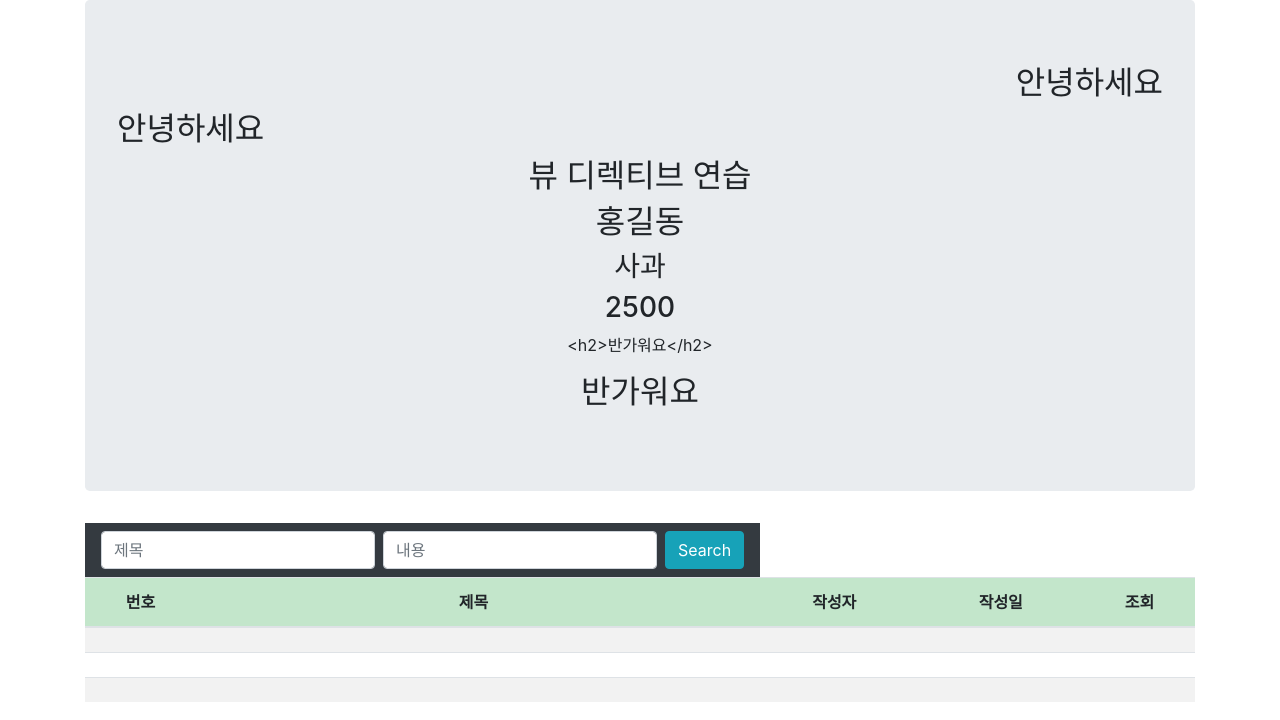
Repository: arongss/java
Page: springweb/src/main/webapp/a02_vue/a02_directive.html
An editor plug-in stored every save of this project. The page is shown before and after the next save, followed by the edit.
The browser window is 1280 px wide. The pictures show the whole page.

Above is the page before, as saved 2023-02-01 07:44:19.

### springweb/src/main/webapp/a02_vue/a02_directive.html
<!DOCTYPE html>
<html>
<head>
<meta charset="UTF-8">
<title>Insert title here</title>
<link rel="stylesheet" href="/springweb/a00_com/bootstrap.min.css" >
<style>
	td{text-align:center;}
</style>
<script src="https://cdn.jsdelivr.net/npm/vue/dist/vue.js"></script>
<script src="/springweb/a00_com/jquery.min.js"></script>
<script src="/springweb/a00_com/bootstrap.min.js"></script>
<script type="text/javascript">
/*
1. 단방향 디렉티브
	1) {{모델명}} : 모델데이터를 처리하는 기본 형식
		출력형식 태그에 바로 사용한다. ex) <h2>{{모델명}}</h2>
	2) v-text : 모델데이터를 태그의 속성으로 선언하여 출력할 데이터를
		처리하는 방식. html랜더린(해석)하지 않는다.
		ex) <h2 v-text="모델명"></h2>
		ex) 물건명, 가격을 모델데이터로 선언하고
			h3, h3에 v-text속성으로 출력되게 하세요
	3) v-html : 태그가 포함된 모델데이터를 html로 랜더링(해석)해서
		출력할 때, 속성으로 선언한다.
	4) v-bind : 모델데이터를 요소객체의 속성값으로 할당하여 처리할 때,
		활용하는 변수형식
			<요소객체 v-bind:속성="속성값">

		ex) <h2 v-bind:align="모델명">데이터</h2>

 */
	$(document).ready(function(){
		var vm = new Vue({
			el:".container",
			data:{msg:"뷰 디렉티브 연습", name:"홍길동",
				pname:"사과",price:2500,
				msg2:"<h2>반가워요</h2>",
				align01:"right",
				align02:"left"
				}
		})
	});
</script>
</head>
<body>
<!-- ex) 물건명, 가격을 모델데이터로 선언하고
		h3, h3에 v-text속성으로 출력되게 하세요 -->
<div class="container">
	<div class="jumbotron text-center">
		<h2 v-bind:align="align01">안녕하세요</h2>
		<h2 :align="align02">안녕하세요</h2>
	  <h2 >{{msg}}</h2>
	  <h2 v-text="name"></h2>
	  <h3 v-text="pname"></h3>
	  <h3 v-text="price"></h3>
	  <p v-text="msg2"></p>
	  <p v-html="msg2"></p>
	</div>
	<form id="frm01" class="form-inline"  method="post">
  	<nav class="navbar navbar-expand-sm bg-dark navbar-dark">
	    <input class="form-control mr-sm-2" placeholder="제목" />
	    <input class="form-control mr-sm-2" placeholder="내용" />
	    <button class="btn btn-info" type="submit">Search</button>
 	</nav>
	</form>
   <table class="table table-hover table-striped">
   	<col width="10%">
   	<col width="50%">
   	<col width="15%">
   	<col width="15%">
   	<col width="10%">
    <thead>

      <tr class="table-success text-center">
        <th>번호</th>
        <th>제목</th>
        <th>작성자</th>
        <th>작성일</th>
        <th>조회</th>
      </tr>
    </thead>
    <tbody>
    	<tr><td></td><td></td><td></td><td></td><td></td></tr>
    	<tr><td></td><td></td><td></td><td></td><td></td></tr>
    	<tr><td></td><td></td><td></td><td></td><td></td></tr>
    </tbody>
	</table>
</div>
</body>
</html>

Loaded but not shown: springweb/src/main/webapp/a00_com/bootstrap.min.css (library); springweb/src/main/webapp/a00_com/jquery.min.js (library); springweb/src/main/webapp/a00_com/bootstrap.min.js (library)

After the next save:
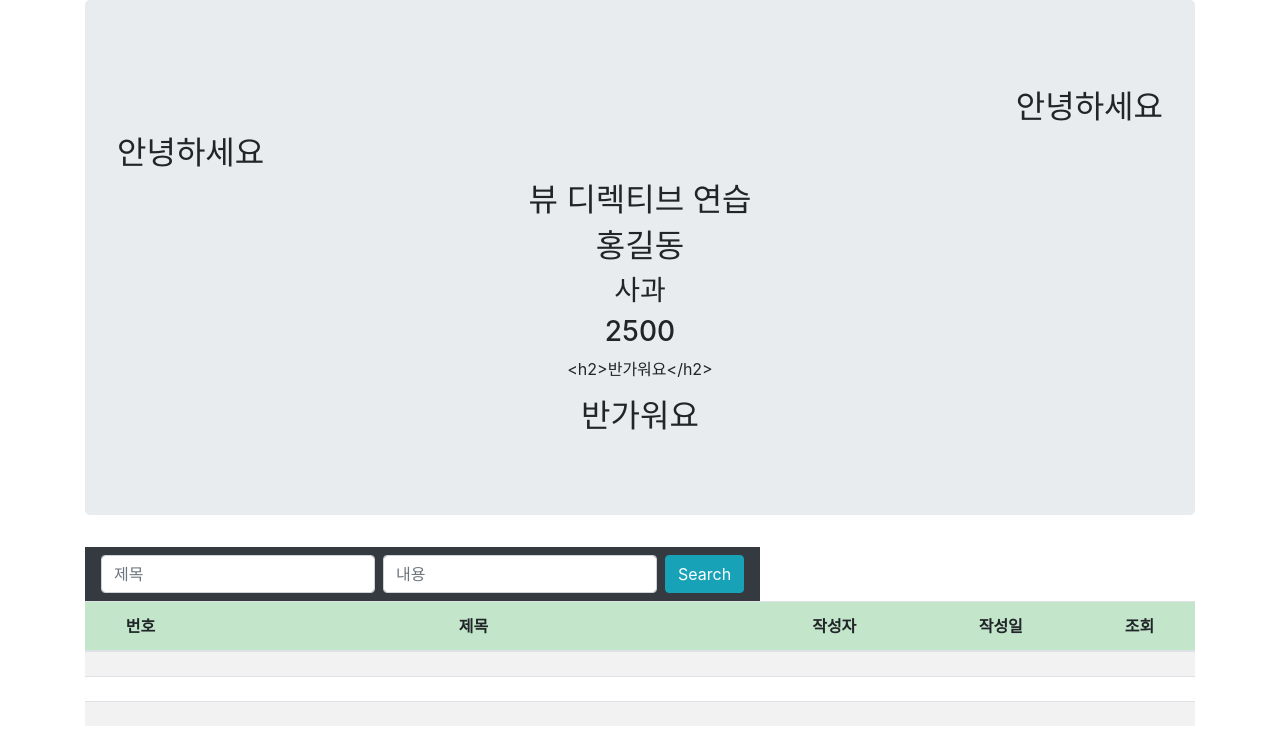
Saved 2 min 34 s later.
--- a/springweb/src/main/webapp/a02_vue/a02_directive.html
+++ b/springweb/src/main/webapp/a02_vue/a02_directive.html
@@ -38,7 +38,8 @@
 				align01:"right",
 				align02:"left"
 				}
-		})
+		}) // ex) 이미지 파일을 가져와서 해당파일명을 img01모델명으로
+		// 		설정해서 화면에 이미지가 보이게 처리하세요.
 	});
 </script>
 </head>
@@ -47,6 +48,7 @@
 		h3, h3에 v-text속성으로 출력되게 하세요 -->
 <div class="container">
 	<div class="jumbotron text-center">
+		<img />
 		<h2 v-bind:align="align01">안녕하세요</h2>
 		<h2 :align="align02">안녕하세요</h2>
 	  <h2 >{{msg}}</h2>
